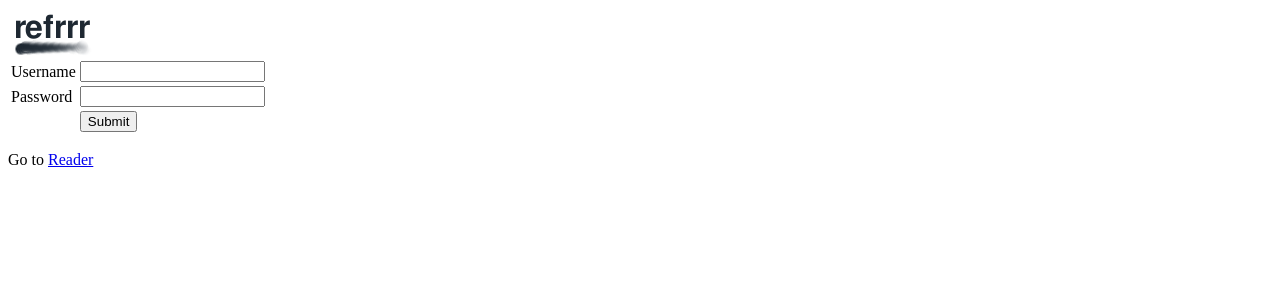
Repository: amitamb/refrrr
Page: http://localhost/greader/
The author's editor kept a copy of each file at every save. The page is drawn from the files as they stood at one save, then again after the next save.
The browser window is 1280 px wide. The pictures show the whole page.
The page is run by PHP 8.4 with error messages shown; the project is at /var/www/html/.

Above is the page before, as saved 2010-07-31 19:31:16.

### web/src/refrrr/index.php
<?php
require_once('framework/basicFrameworkInclude.php');
?>

<img src="images/refrrr.png"> <br />

<?php

//Show login
$inputs = array();

$inputs[] = new Input('text', 'username', 'username', '', 'Username');
$inputs[] = new Input('text', 'password', 'password', '', 'Password');
$inputs[] = new Input('submit', '', '', 'Submit', '');

showForm($inputs, '', 'get');

?>

Go to <a href="reader.htm">Reader</a>

### web/src/refrrr/framework/basicFrameworkInclude.php
<?php

require_once('formHelper.php');

?>

### web/src/refrrr/framework/formHelper.php
<?

class Input
{
	protected $value=null;
	protected $name=null;
	protected $id=null;
	protected $type=null;
	protected $label=null;

	public function __construct($type, $id, $name, $value, $label)
	{
		$this->type = $type;
		$this->id = $id;
		$this->name = $name;
		$this->value = $value;
		$this->label = $label;
	}

	public function __toString()
	{
		$innerHtml = "";
		$label = "";

		if ($this->type == "submit")
		{
			$innerHtml = $this->label;
		}
		else
		{
			$label = $this->label;
		}

		$retVal = "<tr><td>";
 		$retVal = $retVal."$label";
		$retVal .= "</td>";
		$retVal .= "<td>";
		$retVal .= "<input type='$this->type' value='$this->value' name='$this->name' id='$this->id'>$innerHtml</input>";
		$retVal .= "</td></tr>";

		return $retVal;
	}
}

function showForm($inputs, $action, $method)
{
	print "<form method='$method' action='$action'>";
	print "<table>";
	foreach ($inputs as $input)
	{
		print $input;
	}
	print "</table>";
	print "</form>";
}

?>

After the next save:
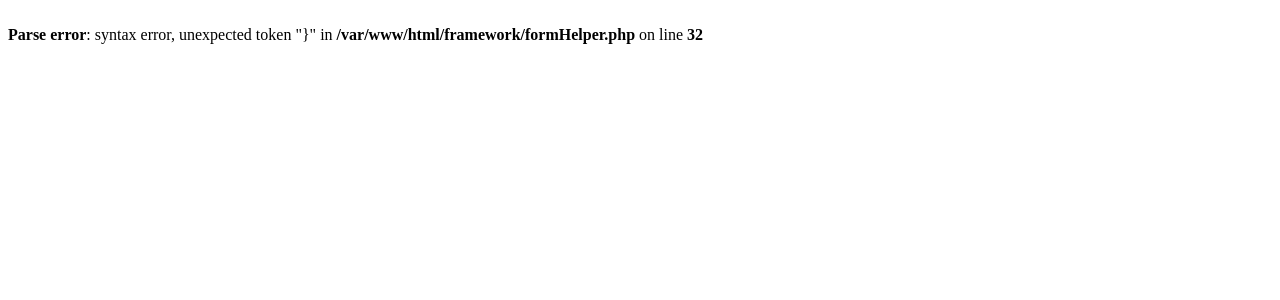
Saved 13 s later.
--- a/web/src/refrrr/framework/formHelper.php
+++ b/web/src/refrrr/framework/formHelper.php
@@ -24,18 +24,18 @@
 
 		if ($this->type == "submit")
 		{
-			$innerHtml = $this->label;
+
 		}
 		else
 		{
-			$label = $this->label;
+			$this->label
 		}
 
 		$retVal = "<tr><td>";
- 		$retVal = $retVal."$label";
+ 		$retVal = $retVal."$";
 		$retVal .= "</td>";
 		$retVal .= "<td>";
-		$retVal .= "<input type='$this->type' value='$this->value' name='$this->name' id='$this->id'>$innerHtml</input>";
+		$retVal .= "<input type='$this->type' value='$this->value' name='$this->name' id='$this->id'></input>";
 		$retVal .= "</td></tr>";
 
 		return $retVal;

After the 2 saves that followed:
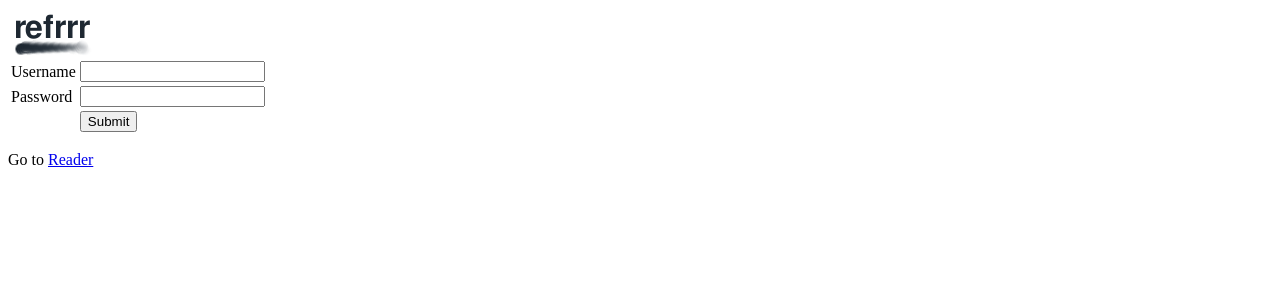
The 2 saves are shown as one change because they came seconds apart.
The last was saved 27 s later.
--- a/web/src/refrrr/framework/formHelper.php
+++ b/web/src/refrrr/framework/formHelper.php
@@ -19,20 +19,8 @@
 
 	public function __toString()
 	{
-		$innerHtml = "";
-		$label = "";
-
-		if ($this->type == "submit")
-		{
-
-		}
-		else
-		{
-			$this->label
-		}
-
 		$retVal = "<tr><td>";
- 		$retVal = $retVal."$";
+ 		$retVal = $retVal."$this->label";
 		$retVal .= "</td>";
 		$retVal .= "<td>";
 		$retVal .= "<input type='$this->type' value='$this->value' name='$this->name' id='$this->id'></input>";
